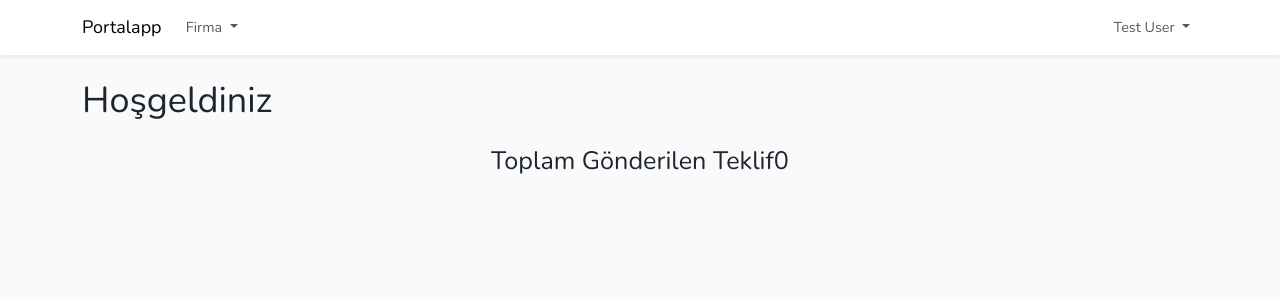
Repository: oguzhansade/portalapp
Page: http://localhost/
An editor plug-in stored every save of this project. The page is shown before and after the next save, followed by the edit.
The browser window is 1280 px wide. The pictures show the whole page.
The page is served by the project's Laravel application, run on PHP 8.4 with Laravel 9. A made-up administrator, Test User (test@example.com), is signed in. Style sheets and scripts are compiled from the project's sources, by tool versions that may differ from the author's. Queries for data that is not in the repository find no rows.

Above is the page before, as saved 2023-06-22 22:00:49.

After the next save:
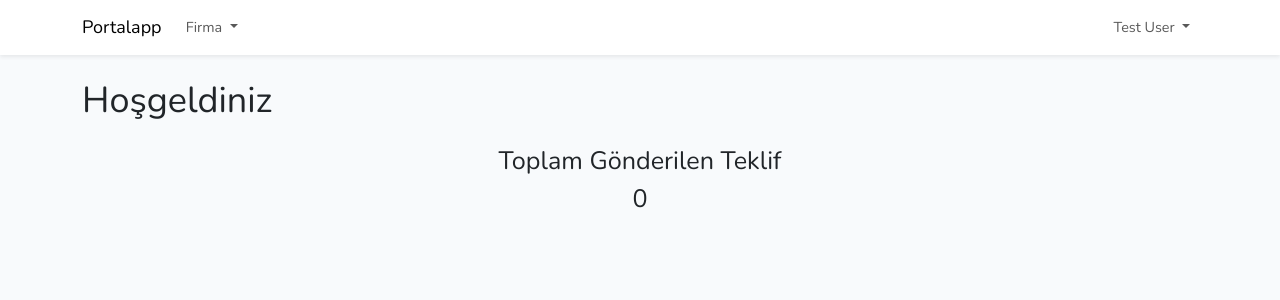
Saved 31 s later.
--- a/resources/views/front/home/index.blade.php
+++ b/resources/views/front/home/index.blade.php
@@ -12,6 +12,11 @@
         <div class="row mt-3">
             <div class="col-md-12 d-flex justify-content-center">
                 <h3>Toplam Gönderilen Teklif</h3><br>
+
+            </div>
+        </div>
+        <div class="row">
+            <div class="col-md-12 d-flex justify-content-center">
                 <strong class="h3">{{ \App\Models\OfferFirma::getOfferTotal() }}</strong>
             </div>
         </div>
